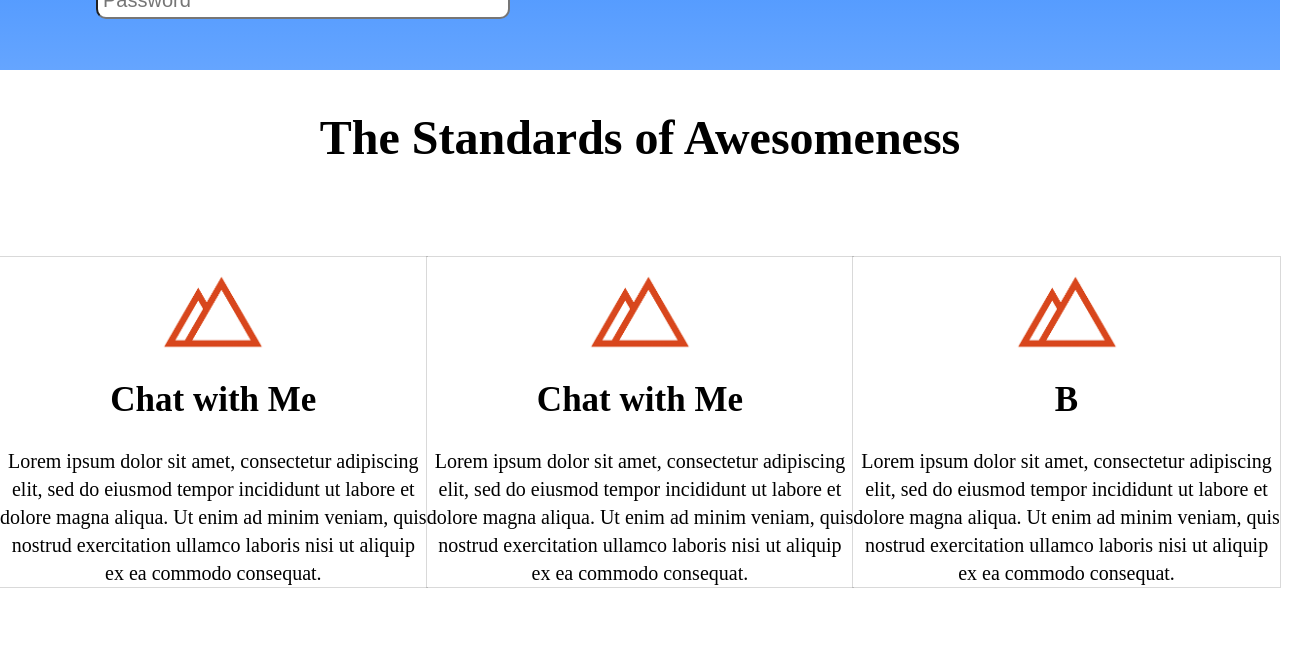
Repository: jesar-enl/My-CSS-Website
Page: index.html
The author's editor kept a copy of each file at every save. The page is drawn from the files as they stood at one save, then again after the next save.
The browser window is 1280 px wide. The page is 1296 px wide, so the pictures cover 1296 px, including what lies to the right of the window. The pictures show the part of the page from y = 430 to 1088 px (the page is 1088 px tall).

Above is the page before, as saved 2022-07-27 13:08:26.

After the next save:
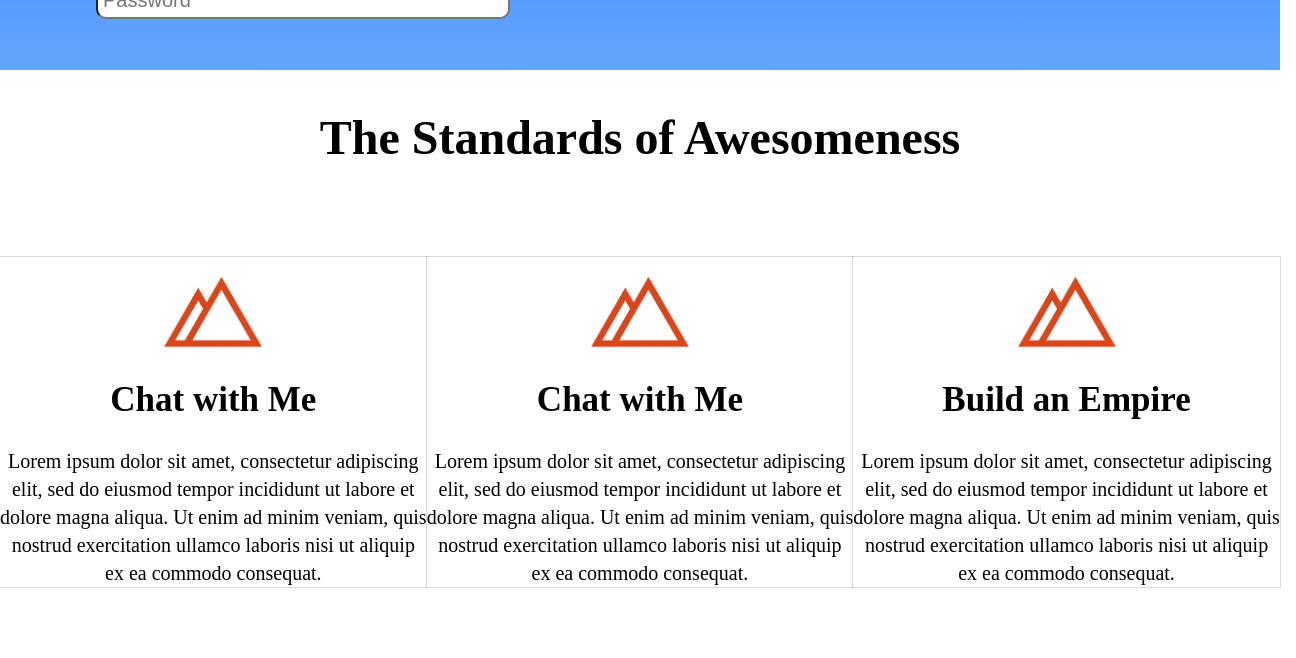
Saved 6 s later.
--- a/index.html
+++ b/index.html
@@ -112,7 +112,7 @@
             <div class="icon">
               <img class="dev" src="devslopes.png" alt="dev icon" />
             </div>
-            <label for="">B</label>
+            <label for="">Build an Empire</label>
             <p>
               Lorem ipsum dolor sit amet, consectetur adipiscing elit, sed do
               eiusmod tempor incididunt ut labore et dolore magna aliqua. Ut
